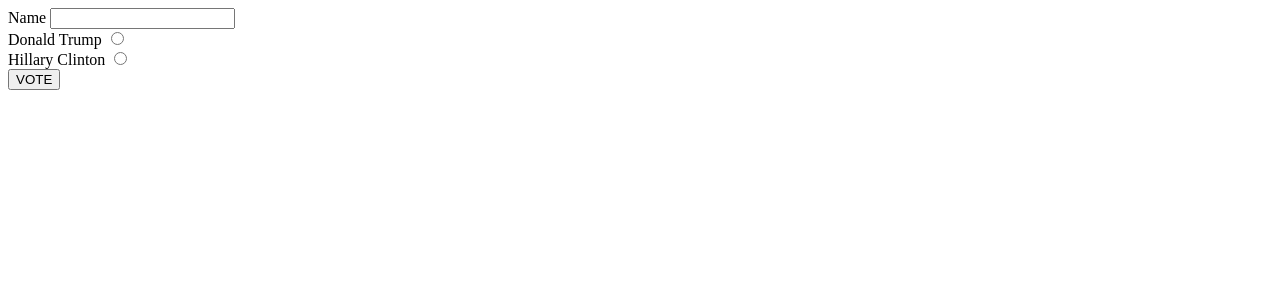
Repository: Peacepapi/1702Java
Page: web/src/main/webapp/ballot.html
The author's editor kept a copy of each file at every save. The page is drawn from the files as they stood at one save, then again after the next save.
The browser window is 1280 px wide. The pictures show the whole page.

Above is the page before, as saved 2017-02-24 14:53:23.

After the next save:
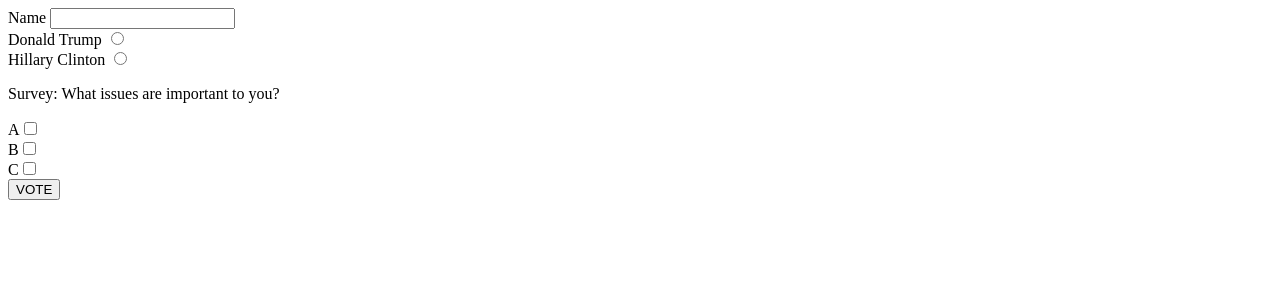
Saved 2 min 27 s later.
--- a/web/src/main/webapp/ballot.html
+++ b/web/src/main/webapp/ballot.html
@@ -13,6 +13,10 @@
 		<label>Hillary Clinton</label>
 			<input type="radio" name="vote" value="D">		<br />
 
+		<p>Survey: What issues are important to you?</p>
+			<label>A</label><input type="checkbox" name="issues" value="A"><br/>
+			<label>B</label><input type="checkbox" name="issues" value="B"><br/>
+			<label>C</label><input type="checkbox" name="issues" value="C"><br/>
 
 		<input type="submit" value="VOTE">
 </form>
